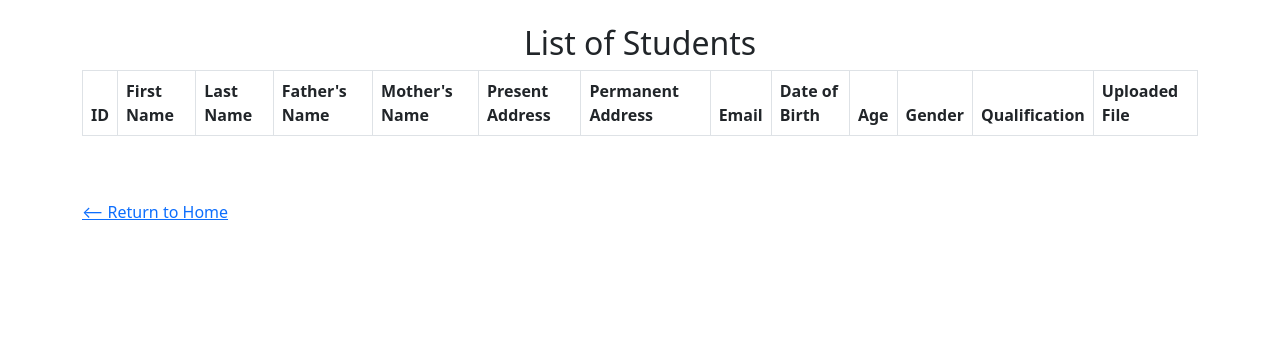
Repository: OmarFaruq97/JspServlet
Page: http://localhost/Form/pages/list-students.jsp
The author's editor kept a copy of each file at every save. The page is drawn from the files as they stood at one save, then again after the next save.
The browser window is 1280 px wide. The pictures show the whole page.
The page is served by Tomcat 9. Queries for data that is not in the repository find no rows.

Above is the page before, as saved 2025-02-07 23:43:19.

After the next save:
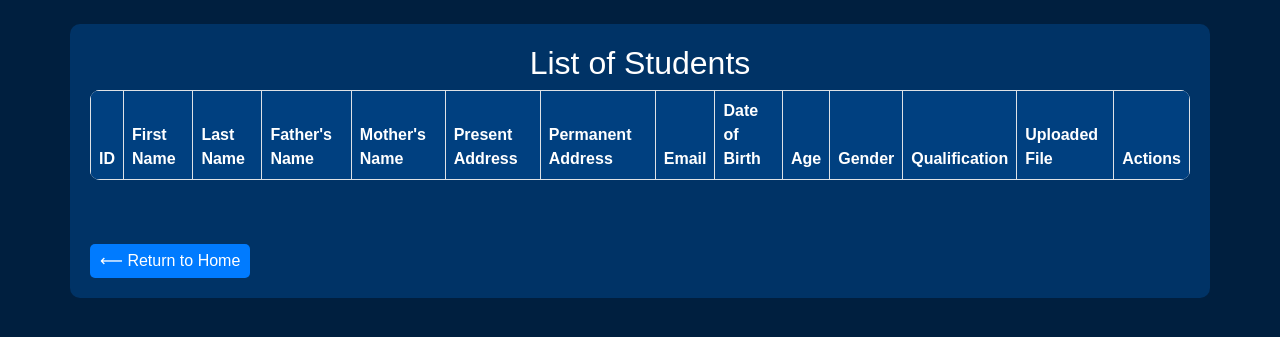
Saved 2 min 50 s later.
--- a/Form/src/main/webapp/pages/list-students.jsp
+++ b/Form/src/main/webapp/pages/list-students.jsp
@@ -1,5 +1,5 @@
 <%@ page language="java" contentType="text/html; charset=UTF-8" pageEncoding="UTF-8" %>
-<%@ page import="omar.sms.student.StudentDAO, omar.sms.student.Student,  java.util.List"  %>
+<%@ page import="omar.sms.student.StudentDAO, omar.sms.student.Student, java.util.List" %>
 
 <!DOCTYPE html>
 <html>
@@ -7,6 +7,77 @@
     <meta charset="UTF-8">
     <title>List of Students</title>
     <link href="https://cdn.jsdelivr.net/npm/bootstrap@5.2.3/dist/css/bootstrap.min.css" rel="stylesheet">
+    <style>
+        /* Dark blue background for the entire page */
+        body {
+            background-color: #001f3f; /* Dark blue */
+            color: #ffffff; /* White text for contrast */
+            font-family: Arial, sans-serif;
+        }
+
+        /* Container styling */
+        .container {
+            background-color: #003366; /* Slightly lighter blue for the container */
+            padding: 20px;
+            border-radius: 10px;
+            margin-top: 20px;
+        }
+
+        /* Table styling */
+        .table {
+            background-color: #ffffff; /* White background for the table */
+            color: #000000; /* Black text for the table */
+            border-radius: 10px;
+            overflow: hidden;
+        }
+
+        .table th {
+            background-color: #004080; /* Dark blue for table headers */
+            color: #ffffff; /* White text for headers */
+        }
+
+        .table td {
+            background-color: #f0f0f0; /* Light gray for table rows */
+            color: #000000; /* Black text for rows */
+        }
+
+        /* Button styling */
+        .btn {
+            background-color: #007bff; /* Blue button */
+            color: #ffffff; /* White text */
+            border: none;
+            padding: 5px 10px;
+            border-radius: 5px;
+            text-decoration: none;
+            cursor: pointer;
+        }
+
+        .btn:hover {
+            background-color: #0056b3; /* Darker blue on hover */
+        }
+
+        /* Link styling */
+        a {
+            color: #007bff; /* Blue links */
+            text-decoration: none;
+        }
+
+        a:hover {
+            color: #0056b3; /* Darker blue on hover */
+        }
+
+        /* Form styling */
+        form {
+            display: inline-block;
+            margin: 0;
+        }
+
+        /* Option div styling */
+        .option {
+            display: flex;
+            gap: 10px;
+        }
+    </style>
 </head>
 <body>
     <div class="container mt-4">
@@ -27,14 +98,15 @@
                     <th>Gender</th>
                     <th>Qualification</th>
                     <th>Uploaded File</th>
+                    <th>Actions</th>
                 </tr>
             </thead>
             <tbody>
                 <%
                     StudentDAO studentDAO = new StudentDAO();
-                    List<Student>  studentList = studentDAO.getAllStudents();
-                        if (studentList != null){
-                            for (Student student : studentList){
+                    List<Student> studentList = studentDAO.getAllStudents();
+                    if (studentList != null) {
+                        for (Student student : studentList) {
                 %>
                 <tr>
                     <td><%= student.getId() %></td>
@@ -52,30 +124,29 @@
                     <td><%= student.getUploadedFile() %></td>
                     <td>
                         <div class="option">
-                            <a href="update-student.jsp?id=<%= student.getId() %>">Update</a>
+                            <a href="update-student.jsp?id=<%= student.getId() %>" class="btn">Update</a>
                             <form action="StudentServlet" method="post">
                                 <input type="hidden" name="id" value="<%= student.getId() %>">
                                 <input type="hidden" name="action" value="delete">
-                                <button type="submit" onclick="return confirm('Are you sure to delete this student?');">Delete</button>
+                                <button type="submit" class="btn" onclick="return confirm('Are you sure to delete this student?');">Delete</button>
                             </form>
                         </div>
                     </td>
                 </tr>
-             <%
-                }
-            } else {
+                <%
+                        }
+                    } else {
                 %>
-                    <tr>
-                        <td colspan="6">No student available</td>
-                    </tr>
-            <%
-            }
-            %>
+                <tr>
+                    <td colspan="14" class="text-center">No students available</td>
+                </tr>
+                <%
+                    }
+                %>
             </tbody>
         </table>
         <br><br>
-        <a href="/Form">⟵ Return to Home</a>
+        <a href="/Form" class="btn">⟵ Return to Home</a>
     </div>
-
 </body>
 </html>
